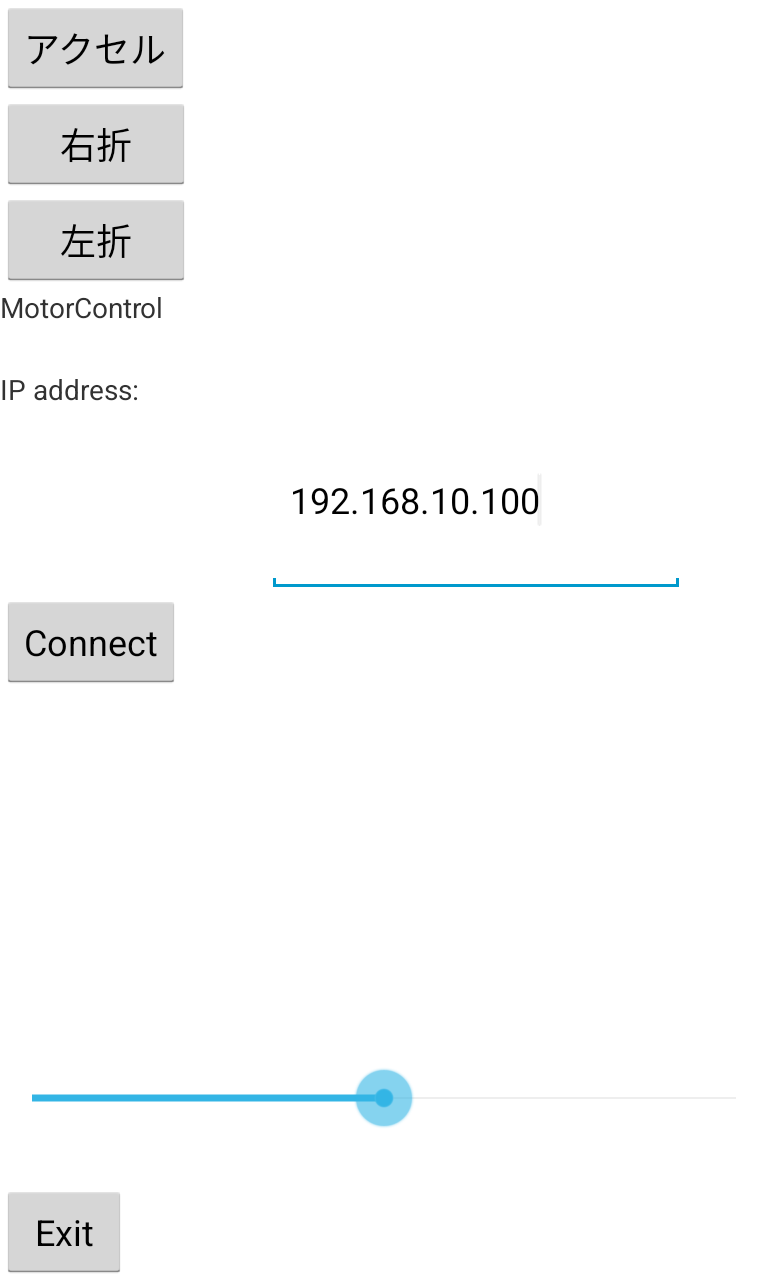
Repository: takugoto/2WD-car
Layout: workspace/SS2012FPGAtest/res/layout/activity_main.xml
An editor plug-in stored every save of this project. The layout is shown before and after the next save, followed by the edit.
It is drawn on a 768 x 1280 px phone screen (xhdpi) without system bars, with theme AppTheme; the app's code is not run.

Above is the layout before, as saved 2013-01-17 07:27:17.

After the next save:
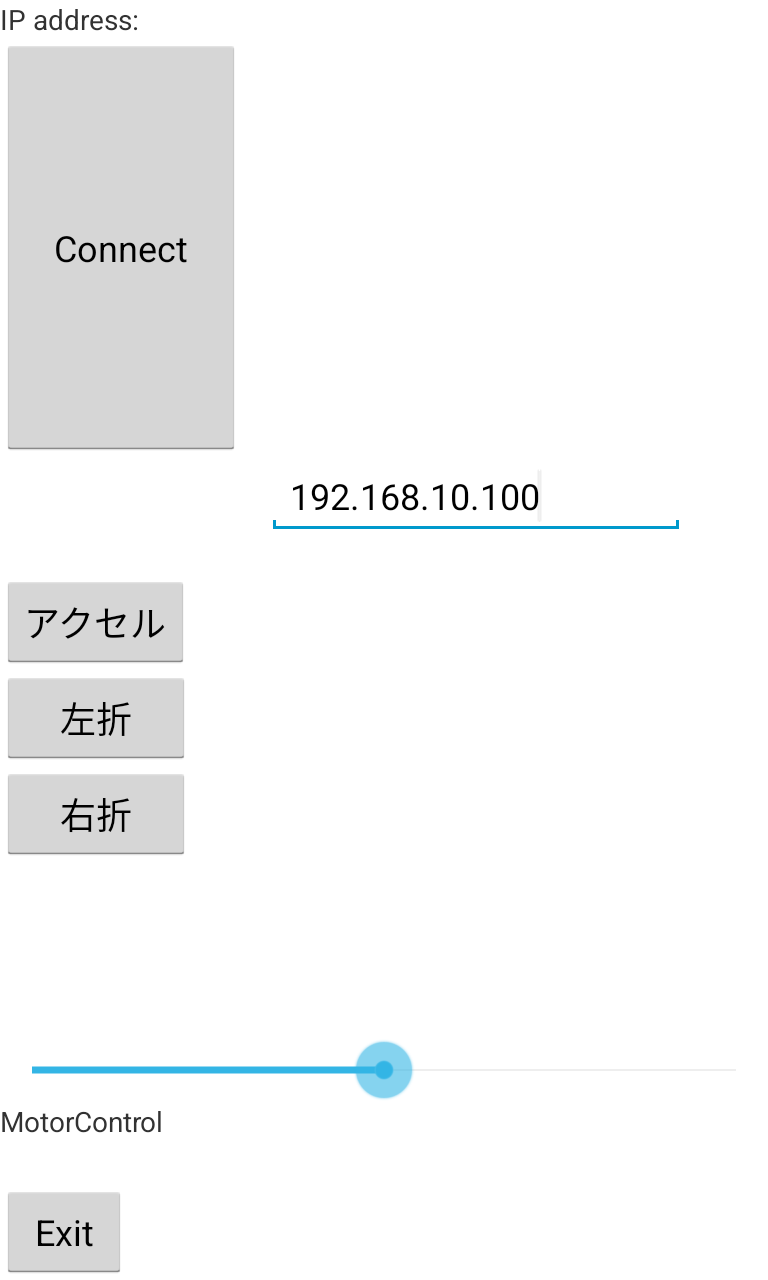
Saved 6 min 3 s later.
--- a/workspace/SS2012FPGAtest/res/layout/activity_main.xml
+++ b/workspace/SS2012FPGAtest/res/layout/activity_main.xml
@@ -3,6 +3,40 @@
     android:layout_width="match_parent"
     android:layout_height="match_parent"
     android:orientation="vertical" >
+
+    <TextView
+        android:id="@+id/textView1"
+        android:layout_width="wrap_content"
+        android:layout_height="wrap_content"
+        android:text="IP address:"
+        tools:context=".MainActivity" />
+
+    <Button
+        android:id="@+id/buttonConnect"
+        android:layout_width="121dp"
+        android:layout_height="0dp"
+        android:layout_marginRight="241dp"
+        android:layout_weight="0.29"
+        android:text="Connect" />
+
+    <EditText
+        android:id="@+id/editTextIPaddress"
+        android:layout_width="wrap_content"
+        android:layout_height="wrap_content"
+        android:layout_marginLeft="133dp"
+        android:ems="10"
+        android:hint="192.168..."
+        android:inputType="none"
+        android:text="192.168.10.100" >
+
+        <requestFocus />
+    </EditText>
+
+    <TextView
+        android:id="@+id/textView3"
+        android:layout_width="wrap_content"
+        android:layout_height="wrap_content"
+        android:text="" />
 
     <Button
         android:id="@+id/button3"
@@ -11,76 +45,35 @@
         android:text="アクセル" />
 
     <Button
+        android:id="@+id/button2"
+        android:layout_width="wrap_content"
+        android:layout_height="wrap_content"
+        android:text="　左折　" />
+
+    <Button
         android:id="@+id/button1"
         android:layout_width="wrap_content"
         android:layout_height="wrap_content"
         android:text="　右折　" />
 
+    <SeekBar
+        android:id="@+id/seekBar1"
+        android:layout_width="match_parent"
+        android:layout_height="wrap_content"
+        android:layout_marginTop="88dp"
+        android:max="2000"
+        android:progress="1000" />
+
+    <TextView
+        android:id="@+id/textView2"
+        android:layout_width="149dp"
+        android:layout_height="41dp"
+        android:text="MotorControl" />
+
     <Button
-        android:id="@+id/button2"
+        android:id="@+id/buttonExit"
         android:layout_width="wrap_content"
         android:layout_height="wrap_content"
-        android:text="　左折　" />
-
-        <TextView
-            android:id="@+id/textView2"
-            android:layout_width="149dp"
-            android:layout_height="41dp"
-            android:text="MotorControl" />
-
-        <TextView
-            android:id="@+id/textView1"
-            android:layout_width="wrap_content"
-            android:layout_height="wrap_content"
-            android:text="IP address:"
-            tools:context=".MainActivity" />
-
-        <EditText
-            android:id="@+id/editTextIPaddress"
-            android:layout_width="wrap_content"
-            android:layout_height="wrap_content"
-            android:layout_marginLeft="133dp"
-            android:layout_weight="1"
-            android:ems="10"
-            android:hint="192.168..."
-            android:inputType="none"
-            android:text="192.168.10.100" >
-
-            <requestFocus />
-        </EditText>
-
-        <Button
-            android:id="@+id/buttonConnect"
-            android:layout_width="wrap_content"
-            android:layout_height="wrap_content"
-            android:layout_marginRight="241dp"
-            android:text="Connect" />
-
-
-
-            <TextView
-                android:id="@+id/textView3"
-                android:layout_width="wrap_content"
-                android:layout_height="wrap_content"
-                android:layout_weight="1"
-                android:text="" />
-
-            <SeekBar
-                android:id="@+id/seekBar1"
-                android:layout_width="match_parent"
-                android:layout_height="wrap_content"
-                android:layout_marginTop="88dp"
-                android:layout_weight="1"
-                android:max="2000"
-        		android:progress="1000" />
-
-
-
-        <Button
-            android:id="@+id/buttonExit"
-            android:layout_width="wrap_content"
-            android:layout_height="wrap_content"
-            android:text="Exit" />
-
+        android:text="Exit" />
 
 </LinearLayout>
